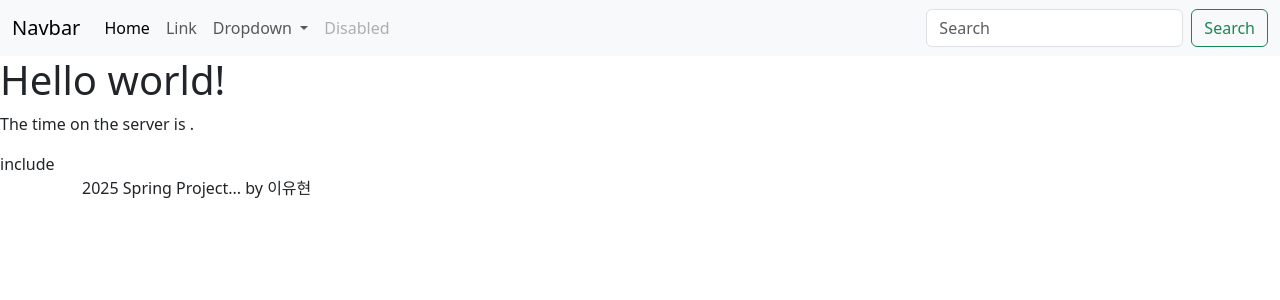
Repository: LeeYouHyeon/6.Spring
Page: http://localhost/spring_project/WEB-INF/views/index.jsp
The author's editor kept a copy of each file at every save. The page is drawn from the files as they stood at one save, then again after the next save.
The browser window is 1280 px wide. The pictures show the whole page.
The page is served by Tomcat 9. Nobody is signed in. The template is opened directly, without the code that normally fills it, so the values that code supplies are empty.

Above is the page before, as saved 2025-05-30 06:00:50.

After the next save:
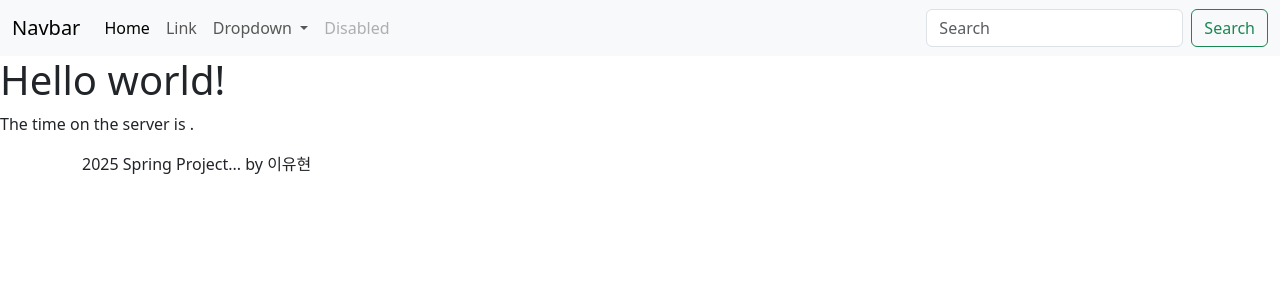
Saved 6 s later.
--- a/spring_project/src/main/webapp/WEB-INF/views/index.jsp
+++ b/spring_project/src/main/webapp/WEB-INF/views/index.jsp
@@ -8,4 +8,4 @@
 <h1>Hello world!</h1>
 <P>The time on the server is ${serverTime}.</P>
 
-include<%@ include file="layout/footer.jsp" %>
+<%@ include file="layout/footer.jsp" %>
